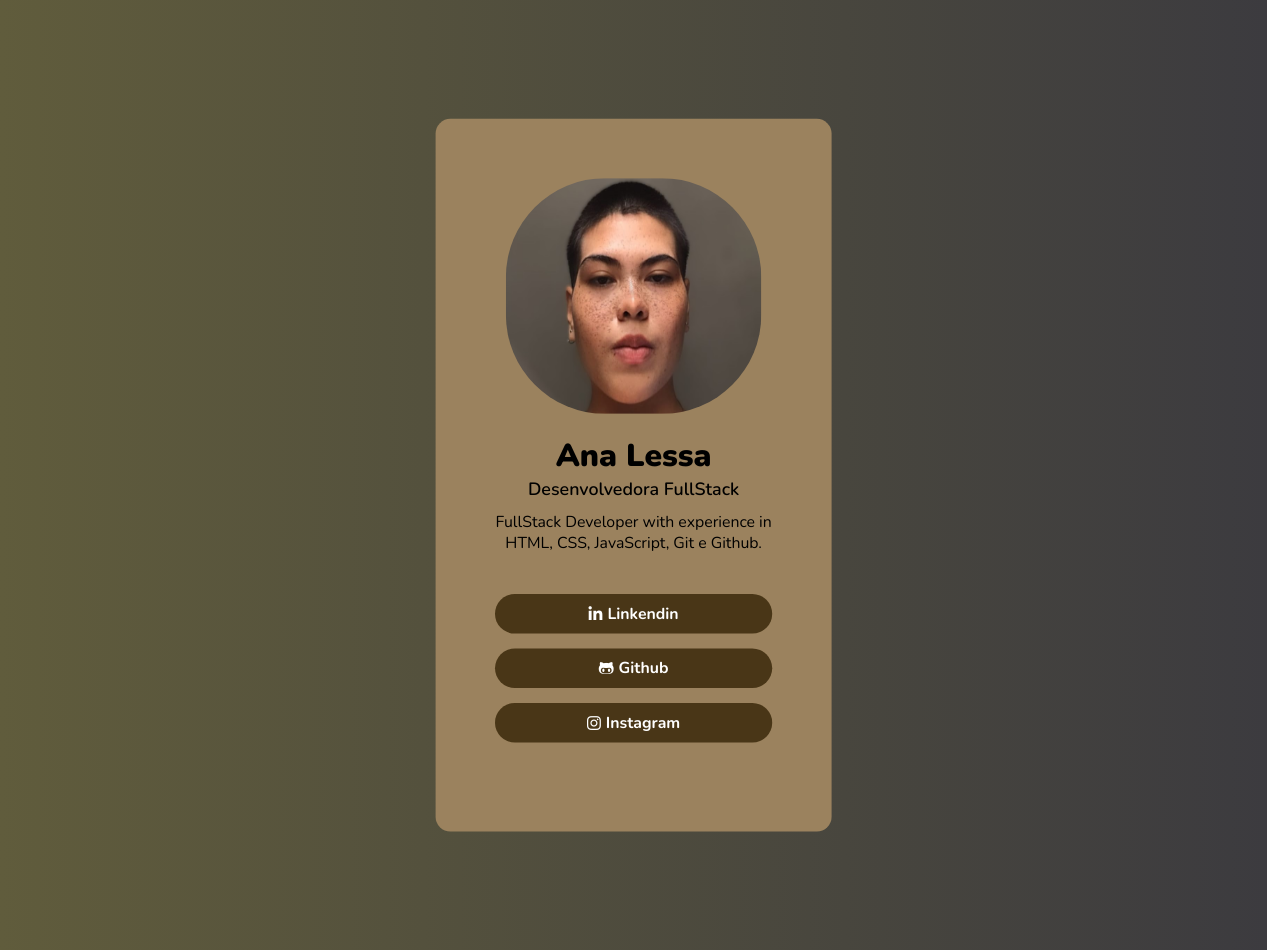
Repository: analessp/linktree
Page: index.html
These files come from the project's save history. The page is drawn as it stood at one moment and after a run of saves; the edit follows.
The browser window is 1280 px wide. The pictures show the whole page, at 99% of full size.

Above is the page before, as saved 2025-04-11 11:31:08.

### index.html
<!DOCTYPE html>
<html lang="pt-BR">
<head>
    <meta charset="UTF-8">
    <meta name="viewport" content="width=device-width, initial-scale=1.0">
    <title>Linktree Ana Lessa</title>
    <link rel="stylesheet" href="style.css">
    <link rel="preconnect" href="https://fonts.googleapis.com">
    <link rel="preconnect" href="https://fonts.gstatic.com" crossorigin>
    <link href="https://fonts.googleapis.com/css2?family=Nunito:ital,wght@0,200..1000;1,200..1000&display=swap" rel="stylesheet">
    <link rel="stylesheet" href="https://cdnjs.cloudflare.com/ajax/libs/font-awesome/6.5.0/css/all.min.css">
</head>
<body>
    <div class="container-main">
    <div class="container-image">
        <img src="./assets/img.jpg" alt="Foto de Ana Lessa">
    </div>
    <div class="container-infos">
        <h1>Ana Lessa</h1>
        <h2>Desenvolvedora FullStack</h2>
    </div>
    <div class="container-easter-egg">
        <p>FullStack Developer with experience in HTML, CSS, JavaScript, Git e Github.</p>
    </div>
    <div class="container-social-links">
        <ul>
            <a href="https://www.linkedin.com/in/ana-lessa-2a312a253/" target="_blank">
            <li>
            <i class="fa-brands fa-linkedin-in"></i>
            <p>Linkendin</p>
            </li></a>
            <a href="https://github.com/analessp" target="_blank">
            <li>
            <i class="fa-brands fa-github-alt"></i>
            <p>Github</p>
            </li></a>
            <a href="https://www.instagram.com/analessp/" target="_blank">
            <li>
            <i class="fa-brands fa-instagram"></i>
            <p>Instagram</p>
            </li></a>
        </ul>
    </div>
    </div>
</body>
</html>

### style.css
* {
    font-family: "Nunito", sans-serif;
    margin: 0;
    padding: 0;
    box-sizing: border-box;
}

body {
    background: #3C3B3F;  /* fallback for old browsers */
background: -webkit-linear-gradient(to right, #605C3C, #3C3B3F);  /* Chrome 10-25, Safari 5.1-6 */
background: linear-gradient(to right, #605C3C, #3C3B3F); /* W3C, IE 10+/ Edge, Firefox 16+, Chrome 26+, Opera 12+, Safari 7+ */
ani
}

@keyframes gradientShift {
    0% { background-position: 0% 50%; }
    50% { background-position: 100% 50%; }
    100% { background-position: 0% 50%; }
  }

.container-main {
    background-color: #9b825e;
    width: 400px;
    height: 720px;
    box-sizing: border-box;
    margin: 120px auto;
    padding: 60px;
    border-radius: 15px;
    text-align: center;
}

.container-image img{
        width: 258px;
        height: 238px;
        border-radius: 100px;
}

.container-infos {
margin-top: 15px;
margin-bottom: 10px;
}

.container-infos h1 {
    font-weight: 900;
}

.container-infos h2 {
    font-weight: 600;
    font-size: 18px;
}

.container-social-links ul {
    list-style: none;
}

.container-social-links a {
    text-decoration: none;
    color: #ffffff;
}

.container-social-links {
    margin-top: 40px;
}

.container-social-links li {
    display: flex;
    justify-content: center;
    gap: 5px;
    align-items: center;
    width: 280px;
    height: 40px;
    background-color: #493617;
    margin: 15px 0;
    border-radius: 20px;
    font-weight: 700;
    transform-origin: 0.6s%;

    &:hover {
        background-color: bisque (0, 0, 0);
        transform: scale(1.1);
    }
}

After the next 3 saves:
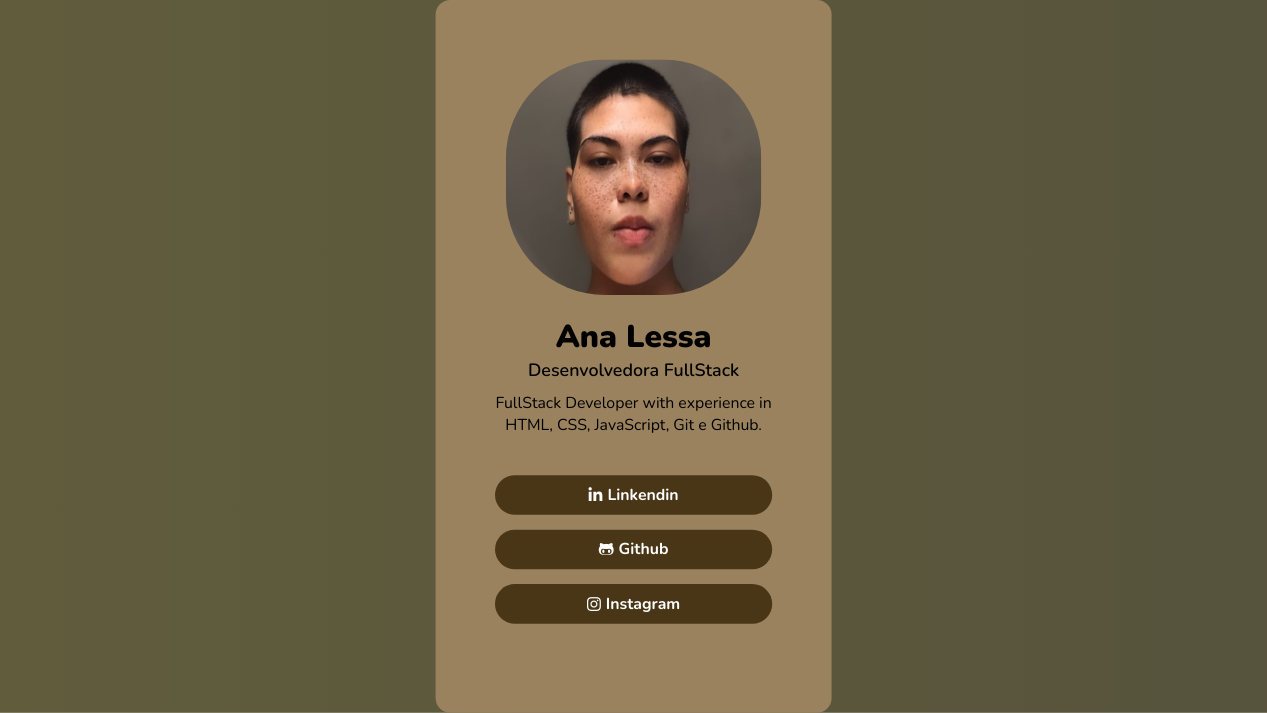
The 3 saves are shown as one change because they came seconds apart.
The last was saved 12 s later.
--- a/style.css
+++ b/style.css
@@ -9,7 +9,12 @@ body {
     background: #3C3B3F;  /* fallback for old browsers */
 background: -webkit-linear-gradient(to right, #605C3C, #3C3B3F);  /* Chrome 10-25, Safari 5.1-6 */
 background: linear-gradient(to right, #605C3C, #3C3B3F); /* W3C, IE 10+/ Edge, Firefox 16+, Chrome 26+, Opera 12+, Safari 7+ */
-ani
+animation: gradientShift 5s ease infinite;
+    background-size: 400% 400%;
+    height: 100vh;
+    display: flex;
+    justify-content: center;
+    align-items: center;
 }
 
 @keyframes gradientShift {
